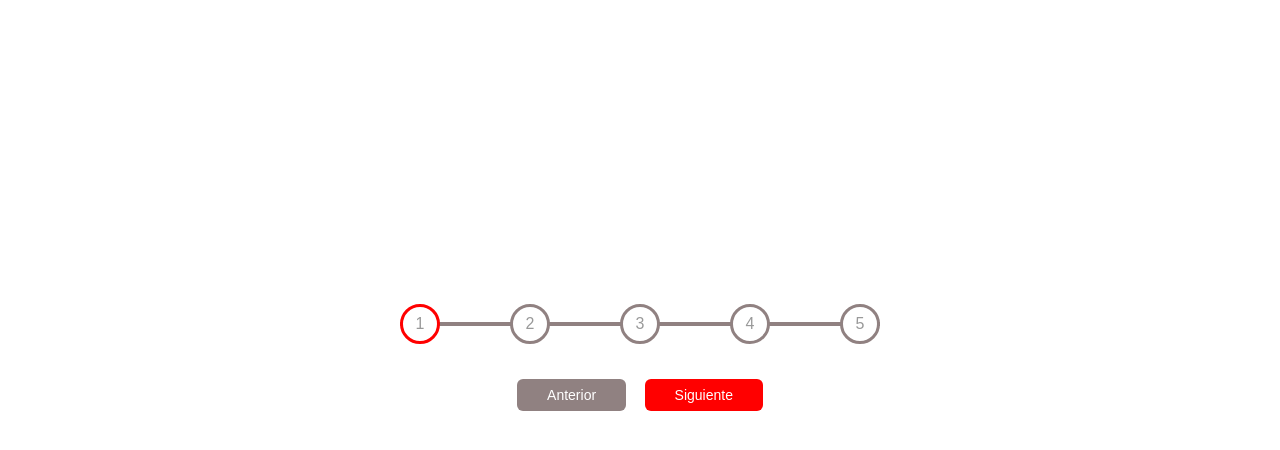
Repository: ElideZavala/Linea-de-tiempo
Page: index.html
The author's editor kept a copy of each file at every save. The page is drawn from the files as they stood at one save, then again after the next save.
The browser window is 1280 px wide. The pictures show the whole page.
Some web fonts or font styles are not loaded; a fallback is used.

Above is the page before, as saved 2021-05-28 09:38:44.

### index.html
<!DOCTYPE html>
<html lang="en">
<head>
	<meta charset="UTF-8">
	<meta http-equiv="X-UA-Compatible" content="IE=edge">
	<meta name="viewport" content="width=device-width, initial-scale=1.0">
	<link rel="stylesheet" href="style.css">
	<link rel="stylesheet" href="normalize.css">
	<title>Pasos de progreso </title>
</head>
<body>
	<div class="container">
		<div class="progress-container">
			<div class="progress" id="progress"></div>
			<div class="circle active">1</div>
			<div class="circle">2</div>
			<div class="circle">3</div>
			<div class="circle">4</div>
			<div class="circle">5</div>
		</div>

		<button class="btn" id="prev" disabled>Anterior</button>
		<button class="btn" id="next">Siguiente</button>
		<script src="script.js"></script>
	</div>
</body>
</html>

### style.css
/* @import url('https://fonts.googleapis.com/css2?family=Roboto:wght@400;700&display=swap'); */
@import url('https://fonts.googleapis.com/css?family=Muli&display=swap');


:root {
	--line-border-fill: red;
	--line-border-empty: rgb(144, 129, 129);
}

* {
	box-sizing: border-box;
}

body {
	font-family: 'Muli', sans-serif;
	display: flex;
	flex-direction: column;
	align-items: center;
	justify-content: center;
	height: 100vh;
	overflow: hidden;
	margin: 0;
}

.container {
	text-align: center;
}

.progress-container {
	display: flex;
	justify-content: space-between;
	position: relative;
	margin-bottom: 30px;
	max-width: 100%;
	width: 480px;
}

.progress-container::before {
	content: '';
	background-color: var( --line-border-empty);
	position: absolute;
	top: 50%;
	left: 0;
	transform: translateY(-50%);
	height: 4px;
	width: 100%;
	z-index: -1;
	transition: 0.4s ease;
}

.progress {
	background-color: var( --line-border-fill );
	position: absolute;
	top: 50%;
	left: 0;
	transform: translateY(-50%);
	height: 4px;
	width: 0%;
	z-index: -1;
	transition: 0.4s ease;
}

.circle {
	background-color: #fff;
	color: #999;
	border-radius: 50%;
	height: 40px;
	width: 40px;
	display: flex;
	align-items: center;
	justify-content: center;
	border: 3px solid var( --line-border-empty );
	transition: .4s ease;
	-moz-animation: rotacion 10s infinite linear;
}

@-moz-keyframes rotacion{
	0% {
		background-position: 0px 0px;
	}
	100%{
		background-position: -160px 0px;
	}
}

.circle.active {
	border-color: red;
}

.btn {
	background-color: var(--line-border-fill);
	color: #fff;
	border: 0;
	border-radius: 6px;
	cursor: pointer;
	font-family: inherit;
	padding: 8px 30px;
	margin: 5px 7px;
	font-size: 14px;
}

.btn:active {
	transform: scale(0.98);
}

.btn:focus {
	outline: 0;
}

.btn:disabled {
	background-color: var( --line-border-empty );
	cursor: not-allowed;
}

### script.js
const progress = document.querySelector('#progress');
const prev = document.querySelector('#prev');
const next = document.querySelector('#next');
const circles = document.querySelectorAll('.circle');

let currentActive = 1

next.addEventListener('click', () => {
	currentActive++

	if (currentActive > circles.length) {
		currentActive = circles.length
	}

	update();
})

prev.addEventListener('click', () => {
	currentActive--

	if (currentActive < 1) {
		currentActive = 1;
	}

	update();
})

function update() {
	circles.forEach((circle, idx) => {
		if (idx < currentActive) {
			circle.classList.add('active');
		} else {
			circle.classList.remove('active');
		}
	})

	const actives = document.querySelectorAll('.active');
	console.log(actives.length)

	const percent = (actives.length - 1) / (circles.length - 1) * 100 + '%';

	progress.style.width = percent;

	if (currentActive === 1) {
		prev.disabled = true;
	} else if (currentActive === circles.length) {
		next.disabled = true;
	} else {
		prev.disabled = false;
		next.disabled = false;
	}
}

Loaded but not shown: normalize.css (library)

After the next save:
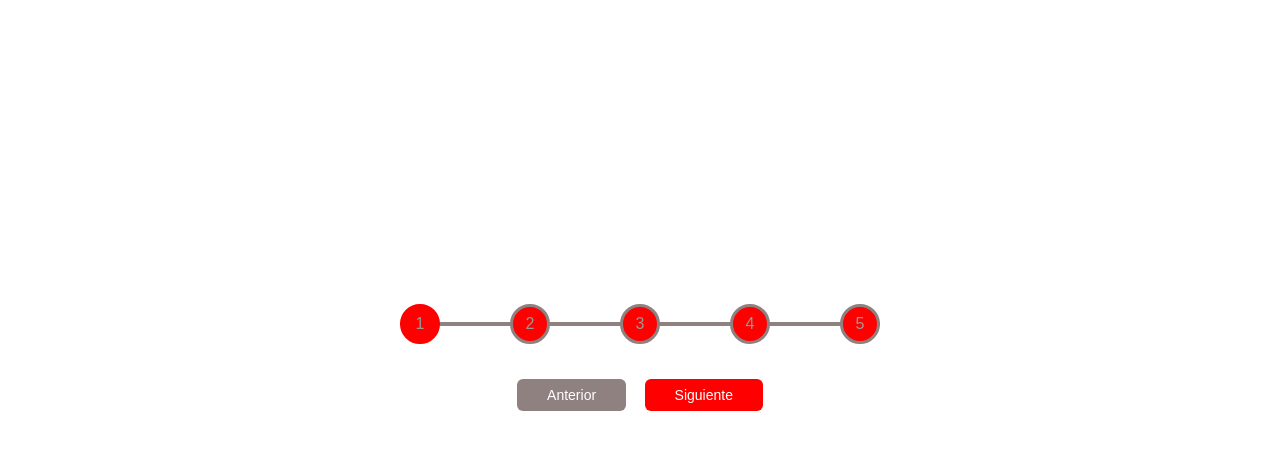
Saved 38 s later.
--- a/style.css
+++ b/style.css
@@ -61,7 +61,7 @@ body {
 }
 
 .circle {
-	background-color: #fff;
+	background-color: red;
 	color: #999;
 	border-radius: 50%;
 	height: 40px;
